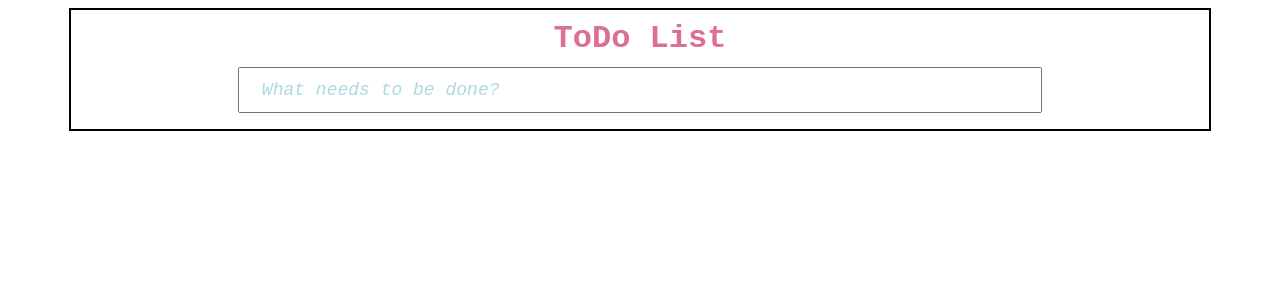
Repository: litalsh/To-Do-List
Page: index.html
An editor plug-in stored every save of this project. The page is shown before and after the next save, followed by the edit.
The browser window is 1280 px wide. The pictures show the whole page.

Above is the page before, as saved 2019-10-26 18:06:17.

After the next save:
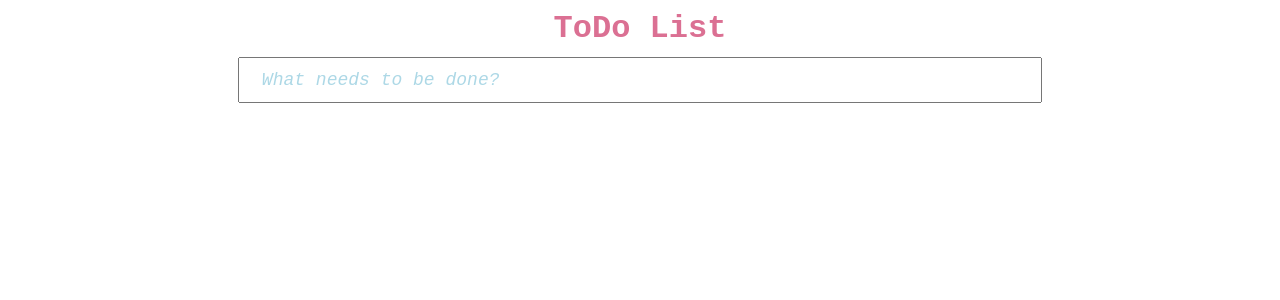
Saved 3 min 22 s later.
--- a/style.css
+++ b/style.css
@@ -5,7 +5,6 @@
   .container{
     width: 90%;
     margin: 0 auto;
-    border: 2px solid black;
     text-align: center;
   }
 
@@ -38,7 +37,7 @@
   }
 
   .todo_item{
-      border: 1px solid seagreen;
+      border: 1px solid gray;
       width: 70%;
       line-height: 40px;
       margin: -1px auto;
